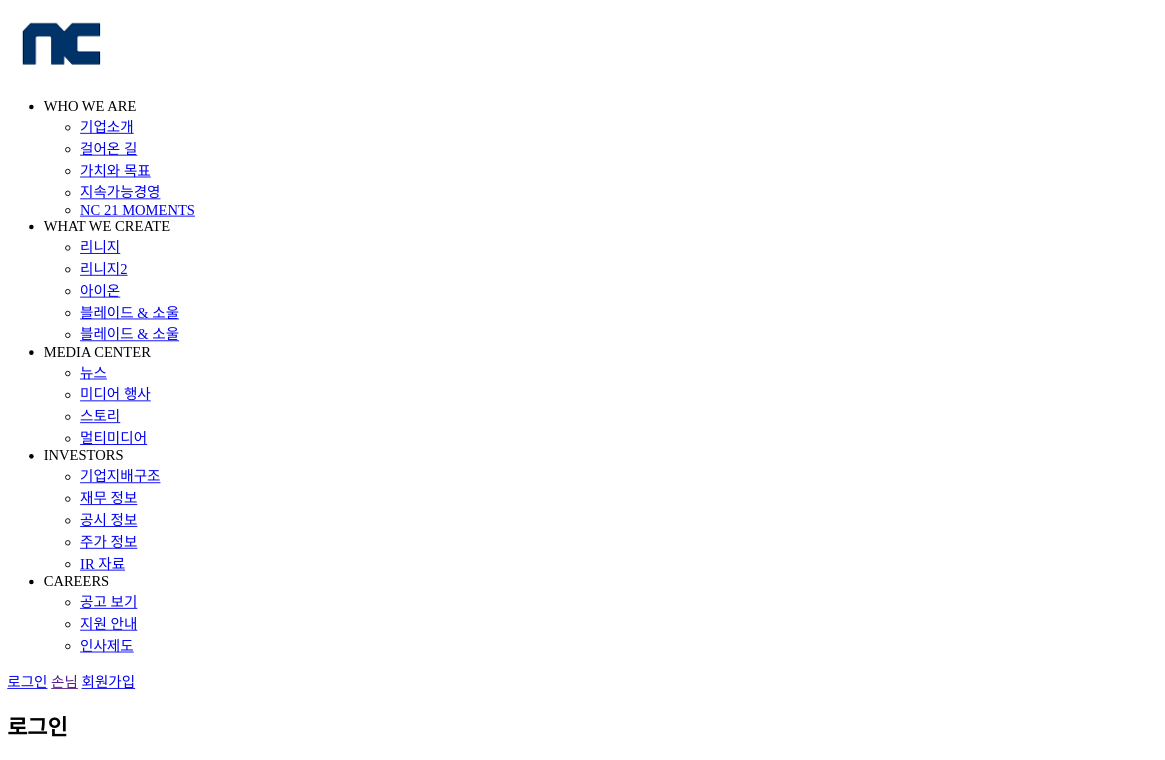
Repository: jyjoh97/SQL
Page: http://localhost/web01/mypage.jsp
These files come from the project's save history. The page is drawn as it stood at one moment and after the next save; the edit follows.
The browser window is 1280 px wide. The pictures show the whole page, at 91% of full size.
The page is served by Tomcat 9. Queries for data that is not in the repository find no rows.

Above is the page before, as saved 2022-04-28 06:10:19.

After the next save:
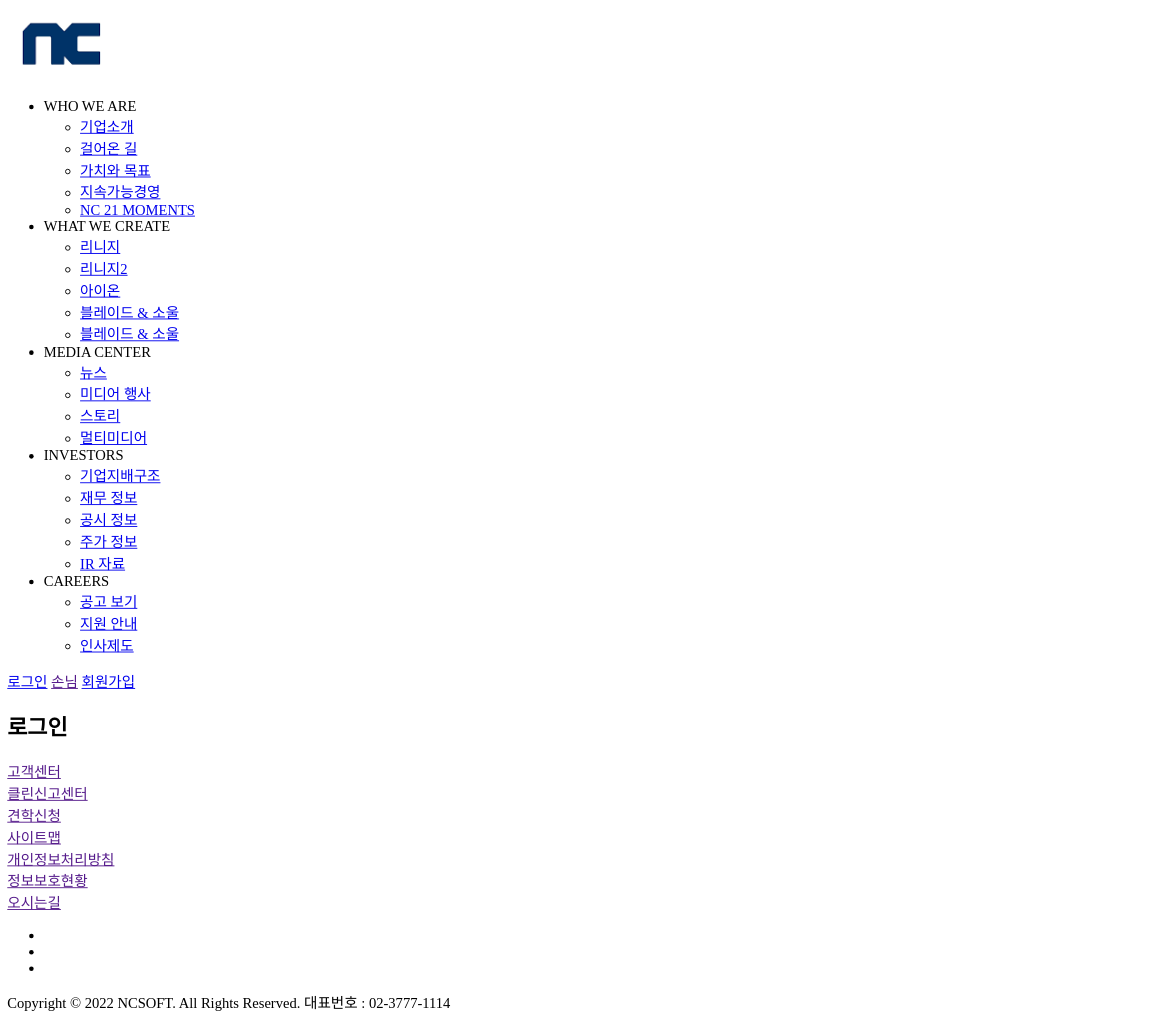
Saved 38 min 20 s later.
--- a/web01/src/main/webapp/mypage.jsp
+++ b/web01/src/main/webapp/mypage.jsp
@@ -87,6 +87,9 @@
 	}
 %>
 </div>
+<footer id="ft">
+			<%@ include file="ft.jsp" %>
+		</footer>
 </div>
 </body>
 </html>
